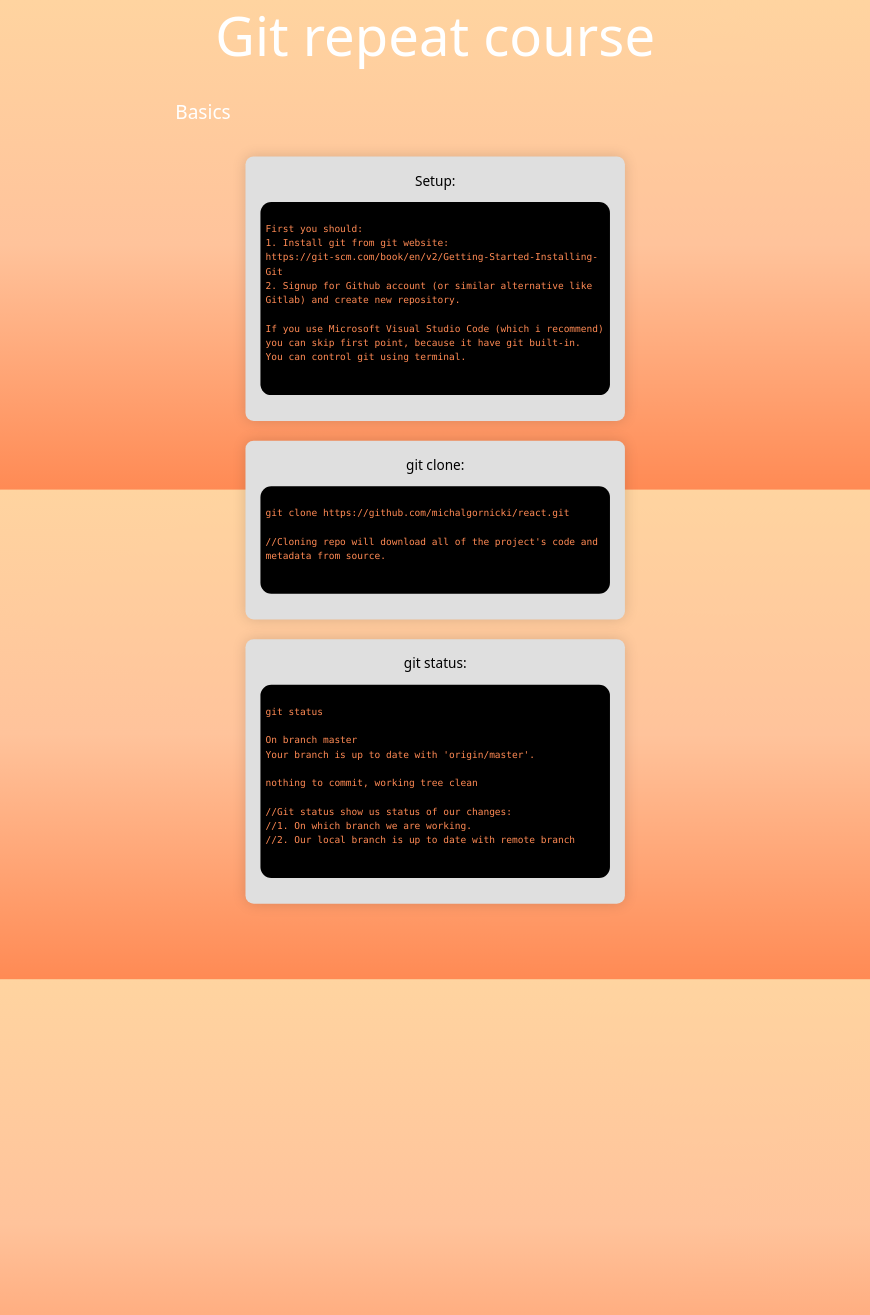
Repository: michalgornicki/git
Page: /
The author's editor kept a copy of each file at every save. The page is drawn from the files as they stood at one save, then again after a run of saves.
The browser window is 1280 px wide. The pictures show the whole page, at 68% of full size.
Backgrounds fixed to the window are drawn as part of the page. The project was rebuilt for these pictures with package versions that can differ from the ones it lists, and the page was loaded fresh each time. Imported but missing from the stored project, and not drawn on this page: src/components/DOM manipulation.jsx, src/components/async.jsx, src/components/loops.jsx, src/components/numbers.jsx, src/components/variables.jsx, src/components/window.jsx.

Above is the page before, as saved 2022-02-10 08:05:52.

After the next 5 saves:
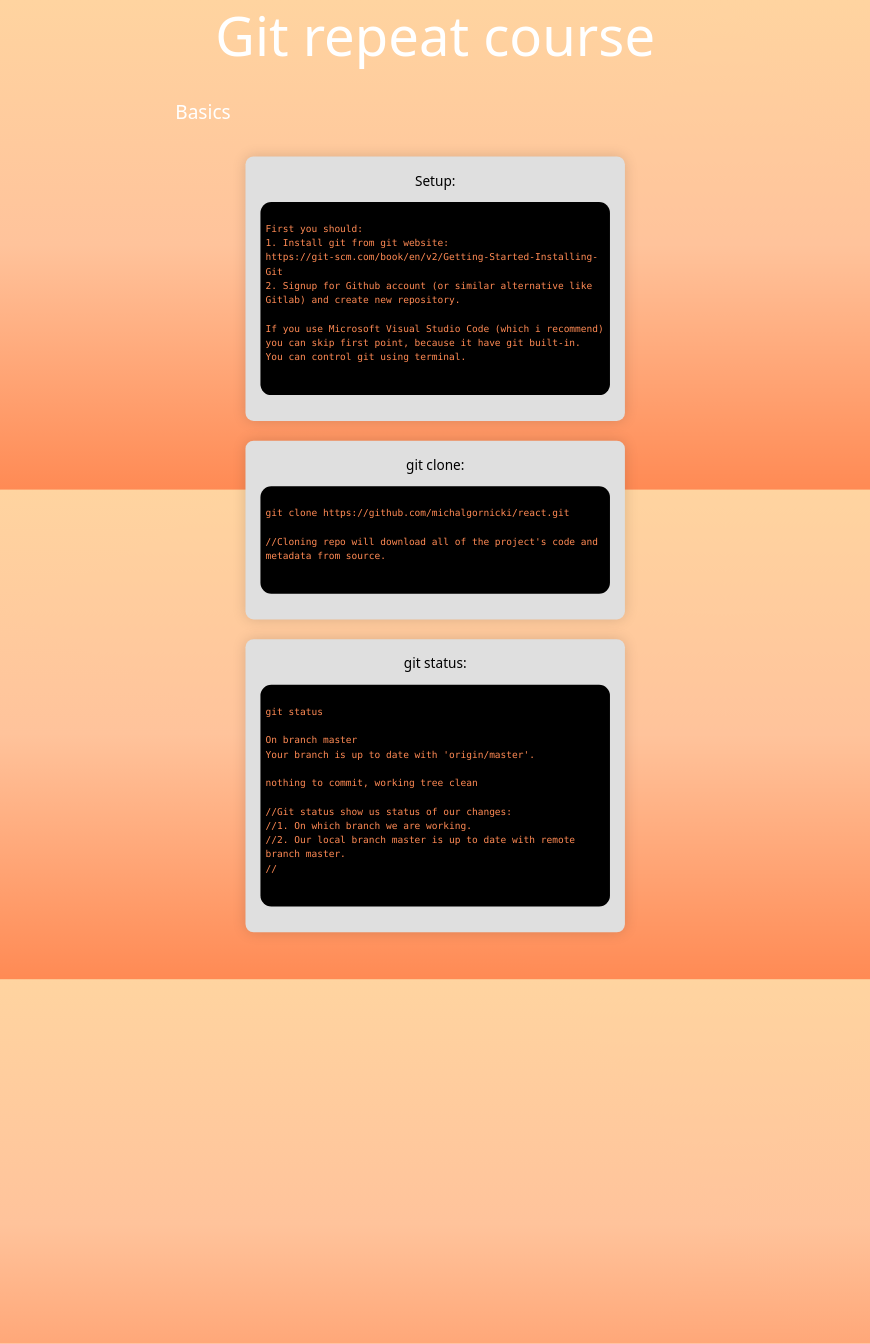
The 5 saves are shown as one change because they came seconds apart.
The last was saved 73 s later.
--- a/src/components/arrays.jsx
+++ b/src/components/arrays.jsx
@@ -43,7 +43,8 @@ nothing to commit, working tree clean
 
 //Git status show us status of our changes:
 //1. On which branch we are working.
-//2. Our local branch is up to date with remote branch
+//2. Our local branch master is up to date with remote branch master.
+//
           `}</pre>
           </div>
       </div>
